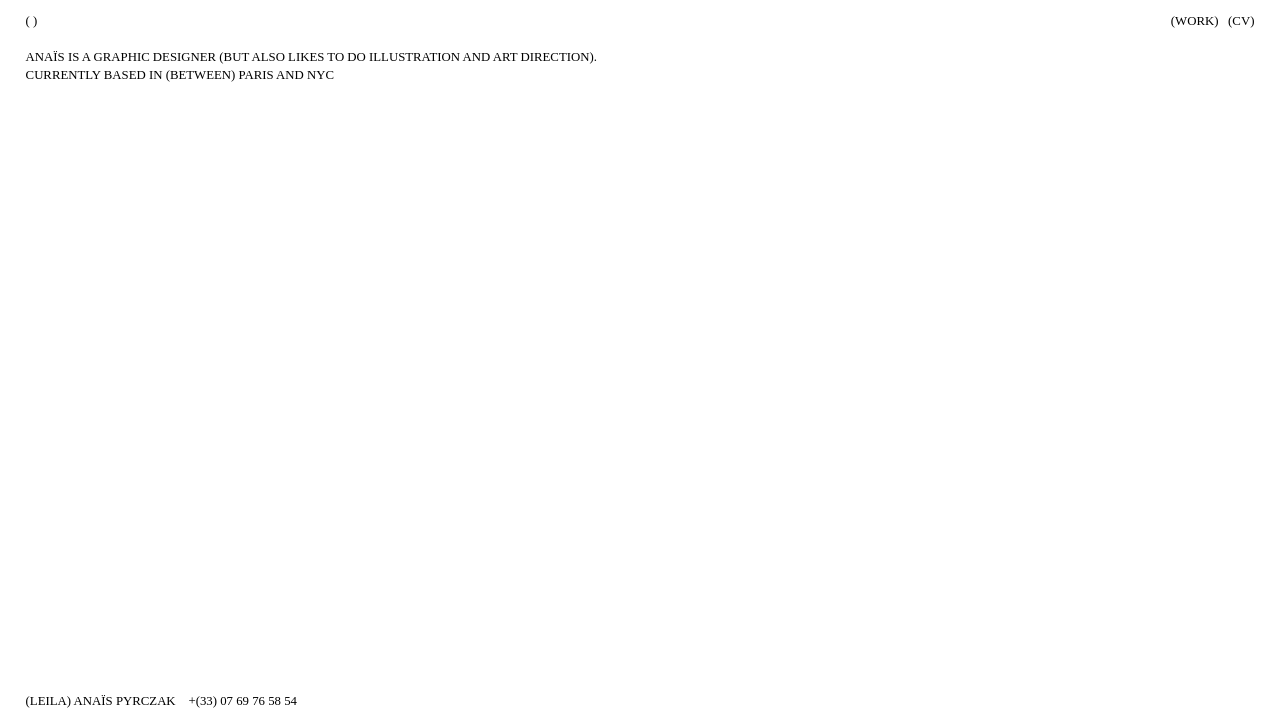
Repository: pyrcl090/site
Page: info.html
An editor plug-in stored every save of this project. The page is shown before and after the next save, followed by the edit.
The browser window is 1280 px wide. The pictures show the whole page.
Some web fonts or font styles are not loaded; a fallback is used.

Above is the page before, as saved 2024-03-20 22:30:14.
Console error: TypeError: Cannot read properties of null (reading 'addEventListener')

### info.html
<!DOCTYPE html>
<html lang="en">
<head>
    <meta charset="UTF-8">
    <meta http-equiv="X-UA-Compatible" content="IE=edge">
    <meta name="viewport" content="width=device-width, initial-scale=1.0">
    <title>anais pyrczak</title>
    <link rel="icon" type="image/x-icon" href="./AP.png">
    <link rel="stylesheet" href="style.css">
    <style>
        html{
            background-color: white;
        }
    </style>
</head>
<body>

  <p class="nav">(<span >LEILA</span>) ANAÏS PYRCZAK &nbsp;&nbsp; +(<span>33</span>) 07 69 76 58 54</p>
  <!-- top right nav -->
  <p class="nav2"><a href="index.html">(<span >WORK</span>)</a>&nbsp;&nbsp;
    <a href="CV_Leila_Anais_Pyrczak.pdf">(<span >CV</span>)</a></p>
  <!-- top left nav -->
  <p class="nav3">(<span id="img_text"> </span>) &nbsp;&nbsp; <br><br><span id="mp4_text"> ANAÏS IS A GRAPHIC DESIGNER (BUT ALSO LIKES TO DO ILLUSTRATION AND ART DIRECTION). CURRENTLY BASED IN (BETWEEN) PARIS AND NYC</span> &nbsp;&nbsp;</p>



<script src="script.js" async defer></script>
</body>
</html>

### style.css
@font-face {
    font-family: 'HMP';
    src: url("hiragino-maru-gothic-pron-w4.otf") format("truetype");
}

html{
    background-color:rgb(255, 255, 255);
}
body::-webkit-scrollbar {
    display: none;
  }
body{
    font-family: 'HMP';
    font-weight: 400;
    font-style: normal;
    font-size: .8em;
    line-height: 1.4em;
    overscroll-behavior-x: none;
    margin: 0%;
    padding: 0%;
    z-index: 0;
}
.dissapear{
    color: transparent;
}
.dissapear:hover{
    color: white;
    transition: .2s;
}

p{
    color: rgb(255, 255, 255);
    mix-blend-mode: exclusion;
}
a{
    color: rgb(255, 255, 255);
    text-decoration: none;
    mix-blend-mode: exclusion;
}
.nav{
    bottom: 1%;
    padding-bottom: 0%;
    padding-left: 2%;
    position: fixed;
    width: 100vw;
    height: 1vh;
    mix-blend-mode: exclusion;
    color: rgb(255, 255, 255);
    z-index: 3;
    overscroll-behavior-x: none;
}
.nav2{
    top: 0%;
    padding-bottom: 1%;
    right: 0%;
    padding-right: 2%;
    text-align: right;
    position: fixed;
    width: 50vw;
    height: 1vh;
    mix-blend-mode: exclusion;
    color: rgb(255, 255, 255);
    z-index: 3;
    overscroll-behavior-x: none;
}
.nav3{
    top: 0%;
    padding-bottom: 1%;
    padding-left: 2%;
    position: fixed;
    width: 50vw;
    height: 1vh;
    z-index: 3;
    overscroll-behavior-x: none;
}
.nav4{
    top: 40%;
    padding-bottom: 1%;
    padding-left: 2%;
    position: fixed;
    width: 50vw;
    height: 1vh;
    z-index: 3;
    overscroll-behavior-x: none;
}
.margin-top{
    margin-top: 80px;
}
.project{
    display: flex;
    flex-direction: row;
}
img.passeport{
    width: 150px;
    height:auto;
    padding-left: 1%;

}
.en{
    padding-left: 2%;
    padding-right: 1%;
    width: 50vw;
    /* text-align-last: right; */
}
.info{
    padding-left: 1%;
}

/* home selects */

.home_imgs{
    width: auto;
    margin-top: 0vh;
    height: 100vh;
    display: flex;
    padding-left: 0vw;
}
.home_container{
    width: auto;
    margin-top: 0vh;
    height: 100vh;
    display: flex;
    padding-left: 0vw;
}

/* are.na channels for individual pages */

  .arenaimgs{
         width: auto;
         margin-top: 0vh;
         height: 100vh;
         display: flex;
         padding-left: 0vw;
  }
  #parent{
          margin-block-start: 0em;
          margin-block-end: 0em;
          margin-inline-start: 0px;
          margin-inline-end: 0px;
          padding-inline-start: 0px;
          padding-inline-end: 0px;
          scroll-padding-inline-end: 0px;
   }
  ul {
          list-style-type: none;
          width: auto;
          height: fit-content;
          margin-block-start: 0em;
          margin-block-end: 0em;
          margin-inline-start: 0vw;
          margin-inline-end: 0px;
          padding-inline-start: 0px;
          padding-inline-end: 0px;
          scroll-padding-inline-end: 0px;
          display: flex;


      }
      .img_container{
        margin-block-start: 0em;
        margin-block-end: 0em;
        margin-inline-start: 0px;
        margin-inline-end: 0px;
        padding-inline-start: 0px;
        padding-inline-end: 0px;
        scroll-padding-inline-end: 0px;
        /* height: 100vh; */
        display: flex;
        flex-direction: column;
      }

      #image-block {

        background-color: none;
        display: flex;
        flex-direction: column;
        /* justify-content: center; */
      }

      iframe{
        width: 100vw;
        height: 40vh;
        z-index: 3;
      }
      iframe.web{
        height: 80vh;
        margin-left: 1%;
        width: 78vw;
        background-color: white;
        border-radius: 10px;
      }

      @media only screen and (max-width: 780px) {
        .nav{
            width: 100vw;
            padding-left: 2%;
        }
        .arenaimgs{
            width: auto;
            margin-top: 5vh;
            height: 90vh;
            margin-bottom: 5vh;
            display: flex;
            padding-left: 1vw;
     }
        iframe.video{
            height: 100vh;
            width: auto;
        }
        iframe{
            width: 98vw;
            margin: 1%;
            height: 40vh;
            z-index: 3;
          }
        iframe.web{
            height: 80vh;
            margin-left: 2%;
            width: 96vw;
            background-color: white;
            border-radius: 10px;
        }
        .margin-top{
            margin-top: 80px;
        }
        .info{
            padding-left: 2%;
        }
        img.passeport{
            width: 130px;
            height:auto;
            padding-left: 2%;
        }
        .highlight.fr{
            margin-bottom: 0%;
            margin-top: 0%;
        }
        .highlight.en{
            margin-bottom: 0%;
        }
      }

### script.js
let img1 = document.querySelector(".img1");
let img2 = document.querySelector(".img2");
let img3 = document.querySelector(".img3");
let img4 = document.querySelector(".img4");
let img5 = document.querySelector(".img5");
let img6 = document.querySelector(".img6");
let img7 = document.querySelector(".img7");
let img8 = document.querySelector(".img8");
let img9 = document.querySelector(".img9");

let imgtxt = document.querySelector("#img_text");
let mp4txt = document.querySelector("#mp4_text");

img1.addEventListener("mouseover", function(){
    mp4txt.innerHTML = "";
    imgtxt.innerHTML = "labraderie_POSTER";
});

img2.addEventListener("mouseover", function(){
    mp4txt.innerHTML = "";
    imgtxt.innerHTML = "rusałka_TYPEFACE";
});

// img3.addEventListener("mouseover", function(){
//     mp4txt.innerHTML = "";
//     imgtxt.innerHTML = "perfectdesigns_POSTER";
// });

img4.addEventListener("mouseover", function(){
    mp4txt.innerHTML = "";
    imgtxt.innerHTML = "sledz_BRANDING";
});

// img5.addEventListener("mouseover", function(){
//     mp4txt.innerHTML = "preciouscarharttWIP_ANIMATION";
//     imgtxt.innerHTML = "";
// });

img6.addEventListener("mouseover", function(){
    mp4txt.innerHTML = "";
    imgtxt.innerHTML = "signaletiquechiottes_FUNSHIT";
});

img7.addEventListener("mouseover", function(){
    mp4txt.innerHTML = "";
    imgtxt.innerHTML = "(e)3_BOOK";
});

img8.addEventListener("mouseover", function(){
    mp4txt.innerHTML = "lepasdecote_IDENTITY";
    imgtxt.innerHTML = "";
});

img9.addEventListener("mouseover", function(){
    mp4txt.innerHTML = "";
    imgtxt.innerHTML = "recettesgenerees_BOOK";
});


// event listener text
// labraderie
// whitefinproject
// sledz
// preciouscarharttWIP
// signaletiquechiottes
// (e)
// lepasdecote
// recettesgenerees

After the next save:
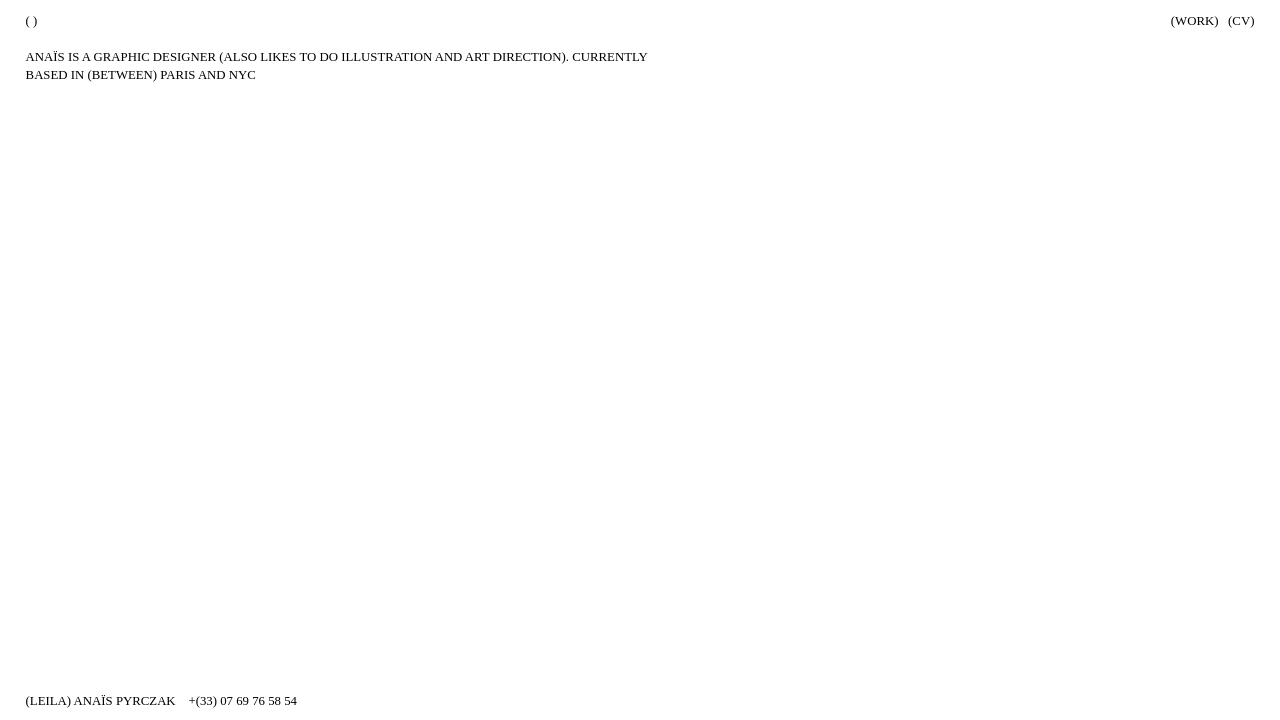
Saved 31 s later.
--- a/info.html
+++ b/info.html
@@ -20,7 +20,7 @@
   <p class="nav2"><a href="index.html">(<span >WORK</span>)</a>&nbsp;&nbsp;
     <a href="CV_Leila_Anais_Pyrczak.pdf">(<span >CV</span>)</a></p>
   <!-- top left nav -->
-  <p class="nav3">(<span id="img_text"> </span>) &nbsp;&nbsp; <br><br><span id="mp4_text"> ANAÏS IS A GRAPHIC DESIGNER (BUT ALSO LIKES TO DO ILLUSTRATION AND ART DIRECTION). CURRENTLY BASED IN (BETWEEN) PARIS AND NYC</span> &nbsp;&nbsp;</p>
+  <p class="nav3">(<span id="img_text"> </span>) &nbsp;&nbsp; <br><br><span id="mp4_text"> ANAÏS IS A GRAPHIC DESIGNER (ALSO LIKES TO DO ILLUSTRATION AND ART DIRECTION). CURRENTLY BASED IN (BETWEEN) PARIS AND NYC</span> &nbsp;&nbsp;</p>
 
 
 

After the save that followed:
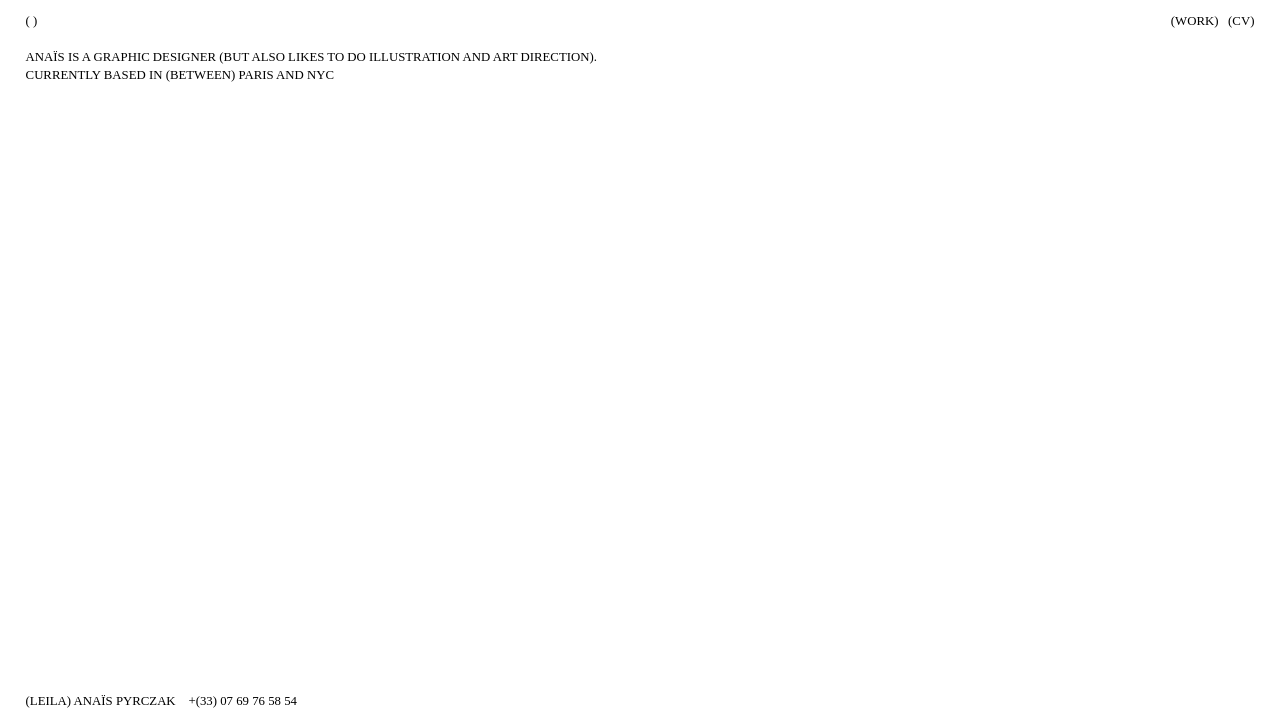
Saved 8 s later.
--- a/info.html
+++ b/info.html
@@ -20,7 +20,7 @@
   <p class="nav2"><a href="index.html">(<span >WORK</span>)</a>&nbsp;&nbsp;
     <a href="CV_Leila_Anais_Pyrczak.pdf">(<span >CV</span>)</a></p>
   <!-- top left nav -->
-  <p class="nav3">(<span id="img_text"> </span>) &nbsp;&nbsp; <br><br><span id="mp4_text"> ANAÏS IS A GRAPHIC DESIGNER (ALSO LIKES TO DO ILLUSTRATION AND ART DIRECTION). CURRENTLY BASED IN (BETWEEN) PARIS AND NYC</span> &nbsp;&nbsp;</p>
+  <p class="nav3">(<span id="img_text"> </span>) &nbsp;&nbsp; <br><br><span id="mp4_text"> ANAÏS IS A GRAPHIC DESIGNER (BUT ALSO LIKES TO DO ILLUSTRATION AND ART DIRECTION). CURRENTLY BASED IN (BETWEEN) PARIS AND NYC</span> &nbsp;&nbsp;</p>
 
 
 
